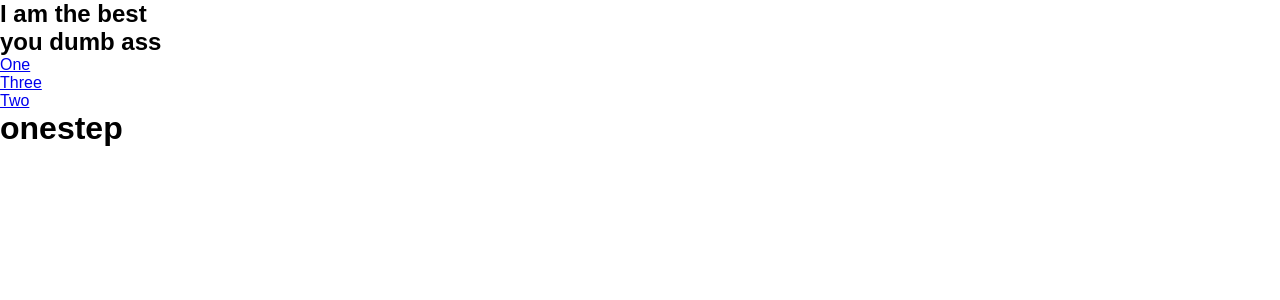
Repository: Imprasna/scrollmagic
Page: index.html
These files come from the project's save history. The page is drawn as it stood at one moment and after a run of saves; the edit follows.
The browser window is 1280 px wide. The pictures show the whole page.
Some web fonts or font styles are not loaded; a fallback is used. Some web libraries are served in a nearby version.

Above is the page before, as saved 2021-10-26 00:46:52.

After the next 2 saves:
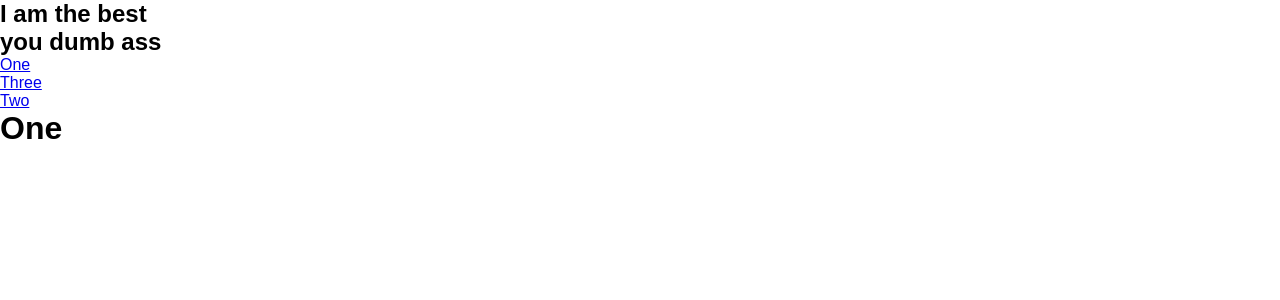
The 2 saves are shown as one change because they came seconds apart.
The last was saved 7 s later.
--- a/index.html
+++ b/index.html
@@ -19,7 +19,7 @@
                 <li><a href="#">Two</a></li>
             </ul>
         </nav>
-        <h1 class="logo">onestep </h1>
+        <h1 class="logo">One</h1>
     </div>
 </body>
 </html>
